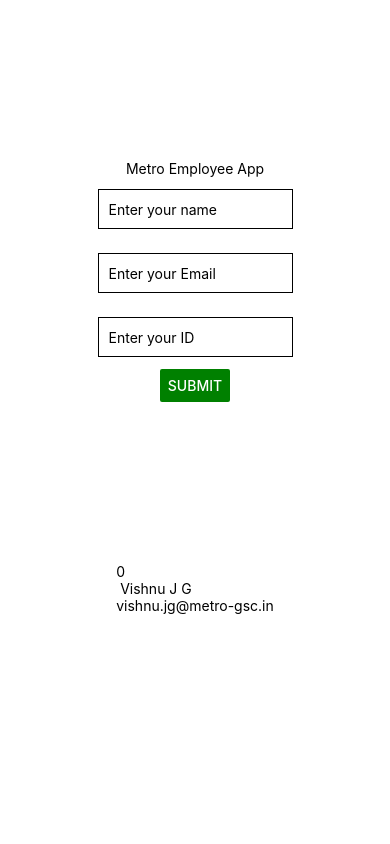
Repository: VishnuJG/Metro-Employee-App
Screen: /
The author's editor kept a copy of each file at every save. The screen is drawn from the files as they stood at one save, then again after a run of saves.
The app was drawn by React Native's web renderer in a window 390 px wide. The project was rebuilt for these pictures with package versions that can differ from the ones it lists, and the page was loaded fresh each time.

Above is the screen before, as saved 2022-06-28 13:57:47.

After the next 2 saves:
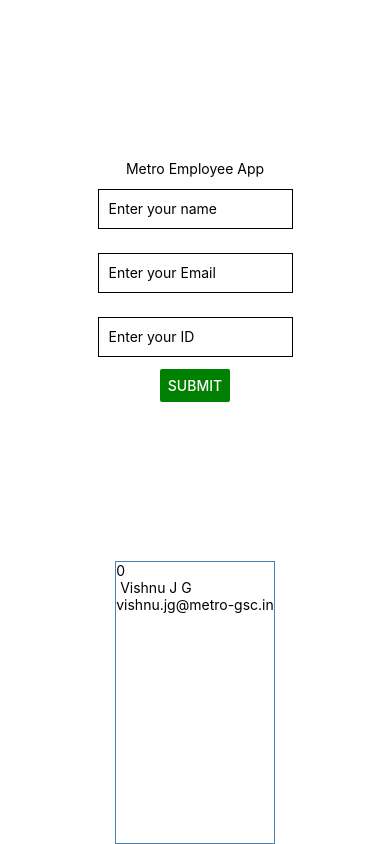
The 2 saves are shown as one change because they came seconds apart.
The last was saved 29 s later.
--- a/App.js
+++ b/App.js
@@ -65,7 +65,7 @@
           color="green"
           onPress={onSubmit}
           /></View>
-        <View style={{flex:0.5, flexDirection: 'row'}}>
+        <View style={{flex:0.5, flexDirection: 'row', border :'1px solid steelblue'}}>
         {emp.map((newid)=>(<Task key={newid.id} ename={newid.name} eid={newid.id} eemail={newid.email}/>))}
         </View>
     </View>

After the 2 saves that followed:
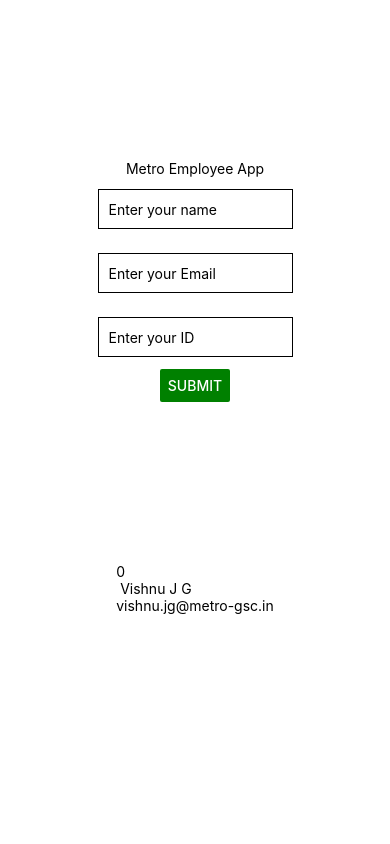
The 2 saves are shown as one change because they came seconds apart.
The last was saved 28 s later.
--- a/App.js
+++ b/App.js
@@ -65,7 +65,7 @@
           color="green"
           onPress={onSubmit}
           /></View>
-        <View style={{flex:0.5, flexDirection: 'row', border :'1px solid steelblue'}}>
+        <View style={{flex:0.5, flexDirection: 'row'}}>
         {emp.map((newid)=>(<Task key={newid.id} ename={newid.name} eid={newid.id} eemail={newid.email}/>))}
         </View>
     </View>
